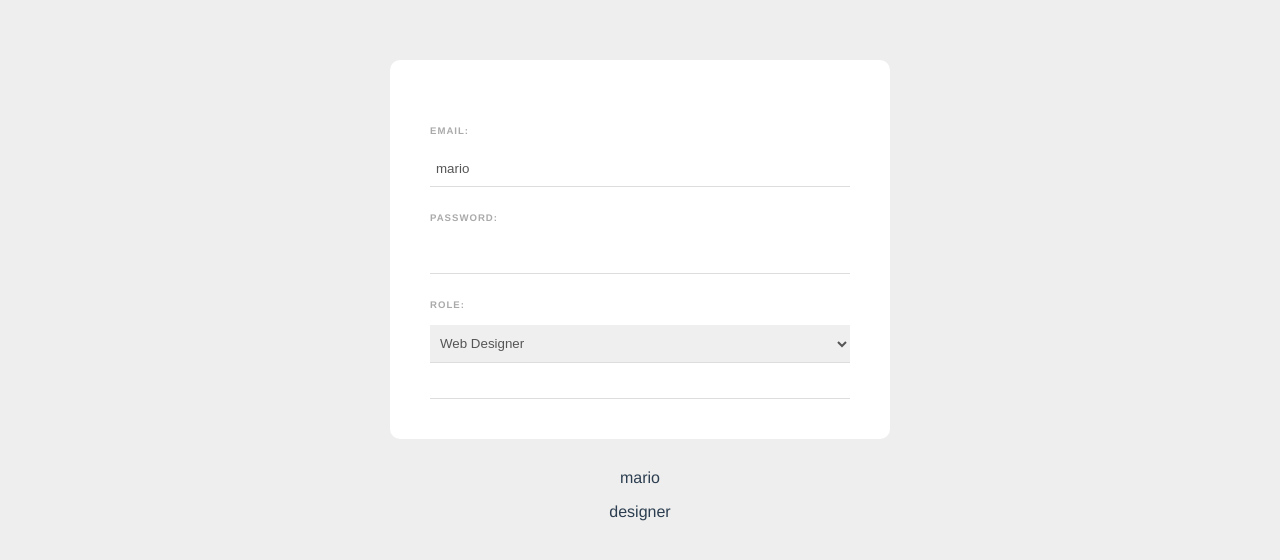
Repository: pin-seavmuy/Vue-Js
Page: /
An editor plug-in stored every save of this project. The page is shown before and after the next save, followed by the edit.
The browser window is 1280 px wide. The pictures show the whole page.
The project was rebuilt for these pictures with package versions that can differ from the ones it lists, and the page was loaded fresh each time. Also part of the build but not shown: vue.config.js.

Above is the page before, as saved 2023-11-15 23:48:55.

After the next save:
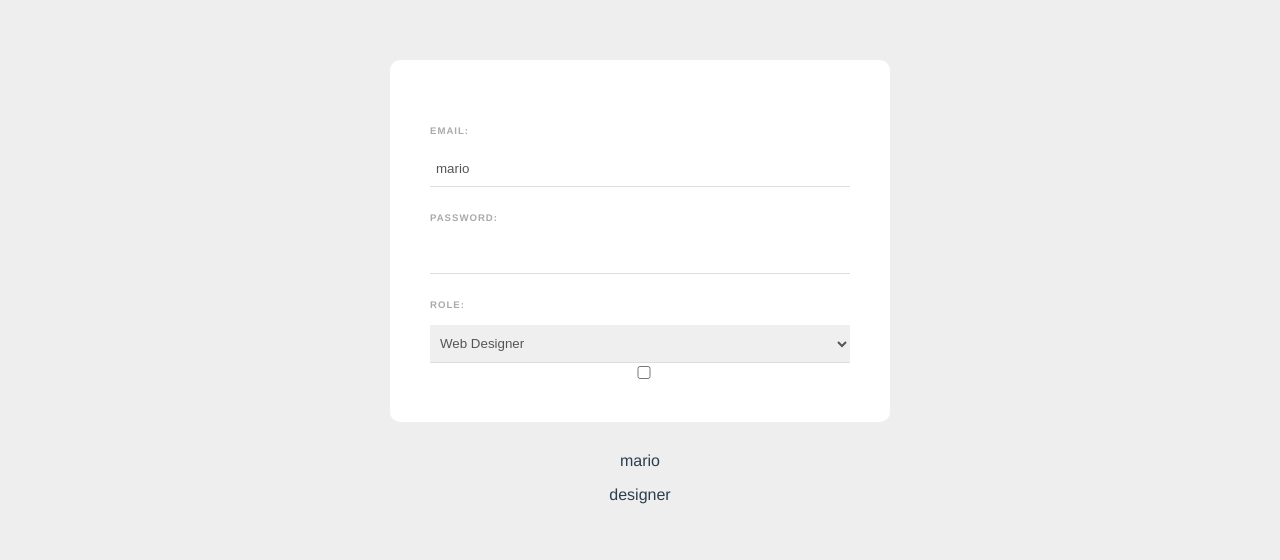
Saved 4 s later.
--- a/src/components/SignupForm.vue
+++ b/src/components/SignupForm.vue
@@ -13,7 +13,7 @@
         </select>
 
         <div class="terms">
-            <input type>
+            <input type="checkbox">
         </div>
   </form>
 
